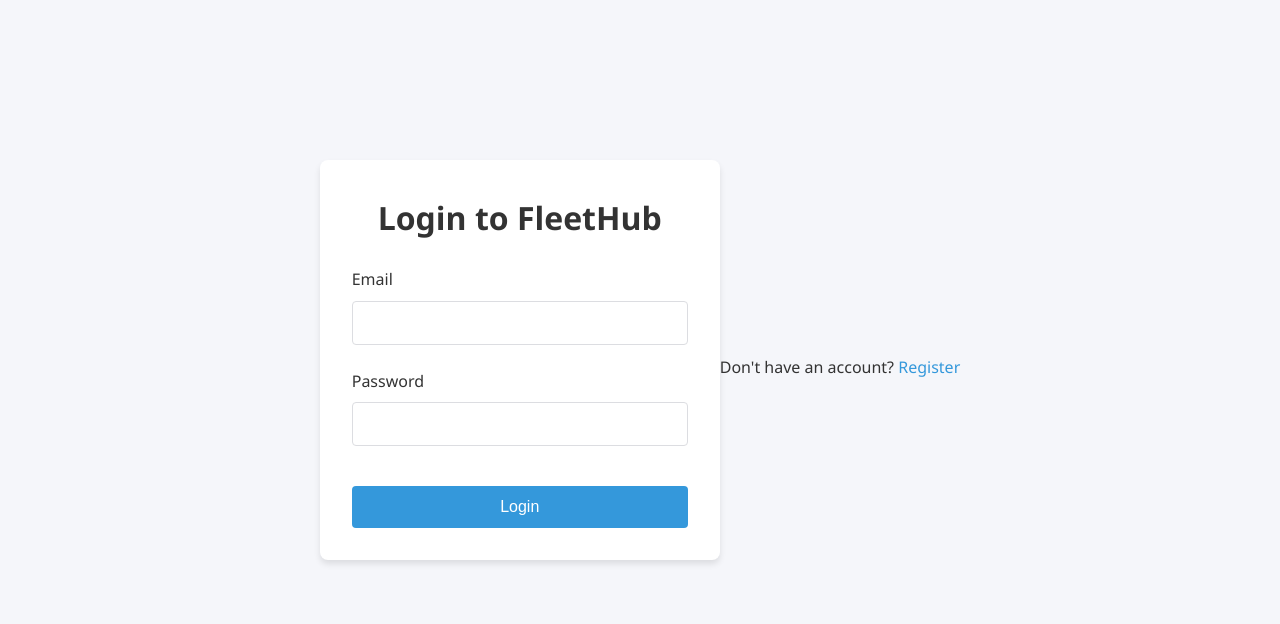
Repository: fevren2001/fleethub
Page: / (app in fleethub-frontend/)
An editor plug-in stored every save of this project. The page is shown before and after the next save, followed by the edit.
The browser window is 1280 px wide. The pictures show the whole page.
The project was rebuilt for these pictures with package versions that can differ from the ones it lists, and the page was loaded fresh each time. Also part of the build but not shown: fleethub-frontend/vite.config.ts, fleethub-frontend/src/components/common/Navbar.tsx, fleethub-frontend/src/components/common/Sidebar.tsx, fleethub-frontend/src/components/common/MainLayout.tsx, fleethub-frontend/src/api/deliveries.ts, fleethub-frontend/src/pages/Dashboard.tsx, fleethub-frontend/src/pages/Register.tsx, fleethub-frontend/src/api/drivers.ts and 18 more.

Above is the page before, as saved 2025-07-22 01:48:11.

### fleethub-frontend/src/index.css
/* src/index.css */
:root {
  --primary-color: #2c3e50;
  --secondary-color: #3498db;
  --accent-color: #e74c3c;
  --text-color: #333;
  --light-bg: #f5f6fa;
  --border-color: #dcdde1;
}

* {
  margin: 0;
  padding: 0;
  box-sizing: border-box;
}

body {
  font-family: "Segoe UI", Tahoma, Geneva, Verdana, sans-serif;
  color: var(--text-color);
  line-height: 1.6;
}

/* Layout */
.app-container {
  display: flex;
  flex-direction: column;
  min-height: 100vh;
}

.navbar {
  background-color: var(--primary-color);
  color: white;
  padding: 1rem 2rem;
  display: flex;
  justify-content: space-between;
  align-items: center;
}

.navbar-brand a {
  color: white;
  font-size: 1.5rem;
  font-weight: bold;
  text-decoration: none;
}

.content-container {
  display: flex;
  flex: 1;
}

.sidebar {
  width: 250px;
  background-color: var(--light-bg);
  border-right: 1px solid var(--border-color);
  padding: 1rem 0;
}

.sidebar-menu {
  list-style: none;
}

.sidebar-menu li {
  margin-bottom: 0.5rem;
}

.sidebar-menu a {
  display: block;
  padding: 0.75rem 1.5rem;
  color: var(--text-color);
  text-decoration: none;
  transition: background-color 0.2s;
}

.sidebar-menu a:hover,
.sidebar-menu a.active {
  background-color: rgba(52, 152, 219, 0.1);
  color: var(--secondary-color);
}

.main-content {
  flex: 1;
  padding: 2rem;
  background-color: white;
}

/* Forms */
.form-group {
  margin-bottom: 1.5rem;
}

.form-group label {
  display: block;
  margin-bottom: 0.5rem;
  font-weight: 500;
}

.form-group input,
.form-group select,
.form-group textarea {
  width: 100%;
  padding: 0.75rem;
  border: 1px solid var(--border-color);
  border-radius: 4px;
  font-size: 1rem;
}

button {
  background-color: var(--secondary-color);
  color: white;
  border: none;
  padding: 0.75rem 1.5rem;
  border-radius: 4px;
  cursor: pointer;
  font-size: 1rem;
  transition: background-color 0.2s;
}

button:hover {
  background-color: #2980b9;
}

button:disabled {
  background-color: #95a5a6;
  cursor: not-allowed;
}

/* Tables */
.table-container {
  overflow-x: auto;
}

.data-table {
  width: 100%;
  border-collapse: collapse;
}

.data-table th,
.data-table td {
  padding: 0.75rem 1rem;
  text-align: left;
  border-bottom: 1px solid var(--border-color);
}

.data-table th {
  background-color: var(--light-bg);
  font-weight: 600;
}

/* Status badges */
.status-badge {
  display: inline-block;
  padding: 0.25rem 0.5rem;
  border-radius: 4px;
  font-size: 0.875rem;
  font-weight: 500;
}

.status-available {
  background-color: #2ecc71;
  color: white;
}

.status-on_delivery {
  background-color: #f39c12;
  color: white;
}

.status-off_duty {
  background-color: #95a5a6;
  color: white;
}

.status-inactive {
  background-color: #e74c3c;
  color: white;
}

/* Action buttons */
.action-button {
  display: inline-block;
  padding: 0.25rem 0.5rem;
  margin-right: 0.5rem;
  border-radius: 4px;
  text-decoration: none;
  font-size: 0.875rem;
}

.action-button.view {
  background-color: var(--secondary-color);
  color: white;
}

.action-button.edit {
  background-color: #f39c12;
  color: white;
}

/* Page header */
.page-header {
  display: flex;
  justify-content: space-between;
  align-items: center;
  margin-bottom: 2rem;
}

.add-button {
  background-color: var(--secondary-color);
  color: white;
  text-decoration: none;
  padding: 0.5rem 1rem;
  border-radius: 4px;
}

/* Login page */
.login-container {
  display: flex;
  justify-content: center;
  align-items: center;
  min-height: 100vh;
  background-color: var(--light-bg);
}

.login-form {
  background-color: white;
  padding: 2rem;
  border-radius: 8px;
  box-shadow: 0 4px 6px rgba(0, 0, 0, 0.1);
  width: 100%;
  max-width: 400px;
}

.login-form h1 {
  margin-bottom: 1.5rem;
  text-align: center;
}

.login-button {
  width: 100%;
  margin-top: 1rem;
}

/* Dashboard */
.stats-container {
  display: grid;
  grid-template-columns: repeat(auto-fill, minmax(250px, 1fr));
  gap: 1.5rem;
  margin-bottom: 2rem;
}

.stat-card {
  background-color: white;
  padding: 1.5rem;
  border-radius: 8px;
  box-shadow: 0 2px 4px rgba(0, 0, 0, 0.1);
}

.stat-card h3 {
  font-size: 1rem;
  color: #7f8c8d;
  margin-bottom: 0.5rem;
}

.stat-value {
  font-size: 2rem;
  font-weight: bold;
  color: var(--secondary-color);
}

/* Error message */
.error-message {
  background-color: #fadbd8;
  color: #c0392b;
  padding: 0.75rem;
  border-radius: 4px;
  margin-bottom: 1rem;
}

### fleethub-frontend/src/App.tsx
import React from 'react';
import { BrowserRouter, Routes, Route, Navigate } from 'react-router-dom';
import { AuthProvider } from './context/AuthContext';
import ProtectedRoute from './components/common/ProtectedRoute';

// Pages
import Login from './pages/Login';
import Dashboard from './pages/Dashboard';
import Register from './pages/Register';

// Driver Pages
import DriversList from './pages/Drivers/DriversList';
import DriverDetail from './pages/Drivers/DriverDetail';
import CreateDriver from './pages/Drivers/CreateDriver';
import DriverEdit from './pages/Drivers/DriverEdit';

// Truck Pages
import TrucksList from './pages/Trucks/TrucksList';
import TruckDetail from './pages/Trucks/TruckDetail';
import CreateTruck from './pages/Trucks/CreateTruck';
import TruckEdit from './pages/Trucks/TruckEdit';

// Garage Pages
import GaragesList from './pages/Garages/GaragesList';
import GarageDetail from './pages/Garages/GarageDetail';
import CreateGarage from './pages/Garages/CreateGarage';
import GarageEdit from './pages/Garages/GarageEdit';

// Deliveries Page
import DeliveriesList from './pages/Deliveries/DeliveriesList';

function App() {
  return (
    <AuthProvider>
      <BrowserRouter>
        <Routes>
          <Route path="/login" element={<Login />} />
          <Route path="/register" element={<Register />} />

          <Route path="/" element={
            <ProtectedRoute>
              <Dashboard />
            </ProtectedRoute>
          } />

          {/* Driver Routes */}
          <Route path="/drivers" element={<DriversList />} />
          <Route path="/drivers/new" element={<CreateDriver />} />
          <Route path="/drivers/:id" element={<DriverDetail />} />
          <Route path="/drivers/:id/edit" element={<DriverEdit />} />

          {/* Truck Routes */}
          <Route path="/trucks" element={<TrucksList />} />
          {/* <Route path="/trucks/create" element={<CreateTruck />} /> */}
          <Route path="/trucks/new" element={<CreateTruck />} />

          <Route path="/trucks/:id" element={<TruckDetail />} />
          <Route path="/trucks/edit/:id" element={<TruckEdit />} />

          {/* Garage Routes */}
          <Route path="/garages" element={<GaragesList />} />
          <Route path="/garages/create" element={<CreateGarage />} />
          <Route path="/garages/:id" element={<GarageDetail />} />
          <Route path="/garages/edit/:id" element={<GarageEdit />} />

          {/* Deliveries Route */}
          <Route path="/deliveries" element={<DeliveriesList />} />

          <Route path="*" element={<Navigate to="/" replace />} />
        </Routes>
      </BrowserRouter>
    </AuthProvider>
  );
}

export default App;

### fleethub-frontend/src/context/AuthContext.tsx
// src/context/AuthContext.tsx
import React, { createContext, useState, useEffect } from 'react';
import { login as apiLogin, getCurrentUser } from '../api/auth';

interface AuthContextType {
  user: any | null;
  isAuthenticated: boolean;
  isLoading: boolean;
  login: (email: string, password: string) => Promise<void>;
  logout: () => void;
}

export const AuthContext = createContext<AuthContextType>({} as AuthContextType);

export const AuthProvider: React.FC<{children: React.ReactNode}> = ({ children }) => {
  const [user, setUser] = useState<any | null>(null);
  const [isLoading, setIsLoading] = useState(true);

  useEffect(() => {
    const checkAuth = async () => {
      const token = localStorage.getItem('token');
      if (token) {
        try {
          const userData = await getCurrentUser();
          setUser(userData);
        } catch (error) {
          localStorage.removeItem('token');
        }
      }
      setIsLoading(false);
    };

    checkAuth();
  }, []);

  const login = async (email: string, password: string) => {
    setIsLoading(true);
    try {
      const { token, user } = await apiLogin({ email, password });
      localStorage.setItem('token', token);
      setUser(user);
    } finally {
      setIsLoading(false);
    }
  };

  const logout = () => {
    localStorage.removeItem('token');
    setUser(null);
  };

  return (
    <AuthContext.Provider value={{ user, isAuthenticated: !!user, isLoading, login, logout }}>
      {children}
    </AuthContext.Provider>
  );
};

### fleethub-frontend/src/components/common/ProtectedRoute.tsx
// src/components/common/ProtectedRoute.tsx
import React from 'react';
import { Navigate } from 'react-router-dom';
import { useAuth } from '../../hooks/useAuth';

interface ProtectedRouteProps {
  children: React.ReactNode;
}

const ProtectedRoute: React.FC<ProtectedRouteProps> = ({ children }) => {
  const { isAuthenticated, isLoading } = useAuth();

  if (isLoading) {
    return <div>Loading...</div>; // Or a better loading spinner
  }

  if (!isAuthenticated) {
    return <Navigate to="/login" replace />;
  }

  return <>{children}</>;
};

export default ProtectedRoute;

### fleethub-frontend/src/pages/Login.tsx
// src/pages/Login.tsx
import React, { useState } from 'react';
import { useNavigate } from 'react-router-dom';
import { useAuth } from '../hooks/useAuth';

const Login: React.FC = () => {
  const [email, setEmail] = useState('');
  const [password, setPassword] = useState('');
  const [error, setError] = useState('');
  const { login, isAuthenticated } = useAuth();
  const navigate = useNavigate();

  React.useEffect(() => {
    if (isAuthenticated) {
      navigate('/');
    }
  }, [isAuthenticated, navigate]);

  const handleSubmit = async (e: React.FormEvent) => {
    e.preventDefault();
    setError('');

    try {
      await login(email, password);
      navigate('/');
    } catch (err: any) {
      setError(err.response?.data?.message || 'Failed to login');
    }
  };

  return (
    <div className="login-container">
      <div className="login-form">
        <h1>Login to FleetHub</h1>

        {error && <div className="error-message">{error}</div>}

        <form onSubmit={handleSubmit}>
          <div className="form-group">
            <label htmlFor="email">Email</label>
            <input
              type="email"
              id="email"
              value={email}
              onChange={(e) => setEmail(e.target.value)}
              required
            />
          </div>

          <div className="form-group">
            <label htmlFor="password">Password</label>
            <input
              type="password"
              id="password"
              value={password}
              onChange={(e) => setPassword(e.target.value)}
              required
            />
          </div>

          <button type="submit" className="login-button">Login</button>
        </form>
      </div>
      <div style={{ textAlign: 'center', marginTop: 16 }}>
        Don't have an account?{' '}
        <span style={{ color: '#3498db', cursor: 'pointer' }} onClick={() => navigate('/register')}>Register</span>
      </div>
    </div>
  );
};

export default Login;

### fleethub-frontend/src/api/auth.ts
// src/api/auth.ts
import apiClient from './apiClient';

export interface LoginCredentials {
  email: string;
  password: string;
}

export interface AuthResponse {
  token: string;
  user: any;
}

export const login = async (credentials: LoginCredentials): Promise<AuthResponse> => {
  const response = await apiClient.post<AuthResponse>('/auth/login', credentials);
  return response.data;
};

export const register = async (email: string, password: string): Promise<void> => {
  await apiClient.post('/auth/register', { email, password });
};

export const getCurrentUser = async (): Promise<any> => {
  const response = await apiClient.get('/auth/me');
  return response.data;
};

### fleethub-frontend/src/hooks/useAuth.ts
// src/hooks/useAuth.ts
import { useContext } from 'react';
import { AuthContext } from '../context/AuthContext';

export const useAuth = () => {
  const context = useContext(AuthContext);
  if (context === undefined) {
    throw new Error('useAuth must be used within an AuthProvider');
  }
  return context;
};

### fleethub-frontend/src/api/apiClient.ts
// src/api/apiClient.ts
import axios from 'axios';

const apiClient = axios.create({
  baseURL: 'http://localhost:5000', // adjust to your backend URL
  headers: {
    'Content-Type': 'application/json',
  },
});

apiClient.interceptors.request.use(
  (config) => {
    const token = localStorage.getItem('token');
    if (token) {
      config.headers.Authorization = `Bearer ${token}`;
    }
    return config;
  },
  (error) => Promise.reject(error)
);

export default apiClient;

Loaded but not shown: fleethub-frontend/index.html (common file); fleethub-frontend/src/main.tsx (common file)

After the next save:
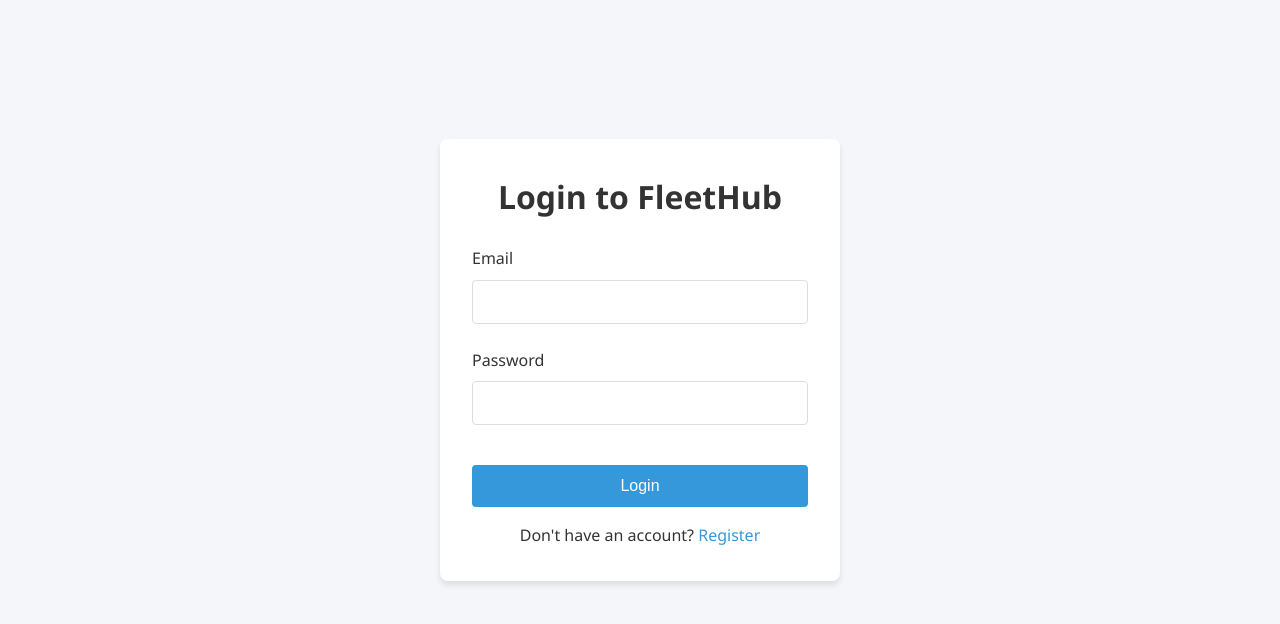
Saved 2 min 47 s later.
--- a/fleethub-frontend/src/pages/Login.tsx
+++ b/fleethub-frontend/src/pages/Login.tsx
@@ -60,10 +60,10 @@ const Login: React.FC = () => {
 
           <button type="submit" className="login-button">Login</button>
         </form>
-      </div>
-      <div style={{ textAlign: 'center', marginTop: 16 }}>
-        Don't have an account?{' '}
-        <span style={{ color: '#3498db', cursor: 'pointer' }} onClick={() => navigate('/register')}>Register</span>
+        <div style={{ textAlign: 'center', marginTop: 16 }}>
+          Don't have an account?{' '}
+          <span style={{ color: '#3498db', cursor: 'pointer' }} onClick={() => navigate('/register')}>Register</span>
+        </div>
       </div>
     </div>
   );
